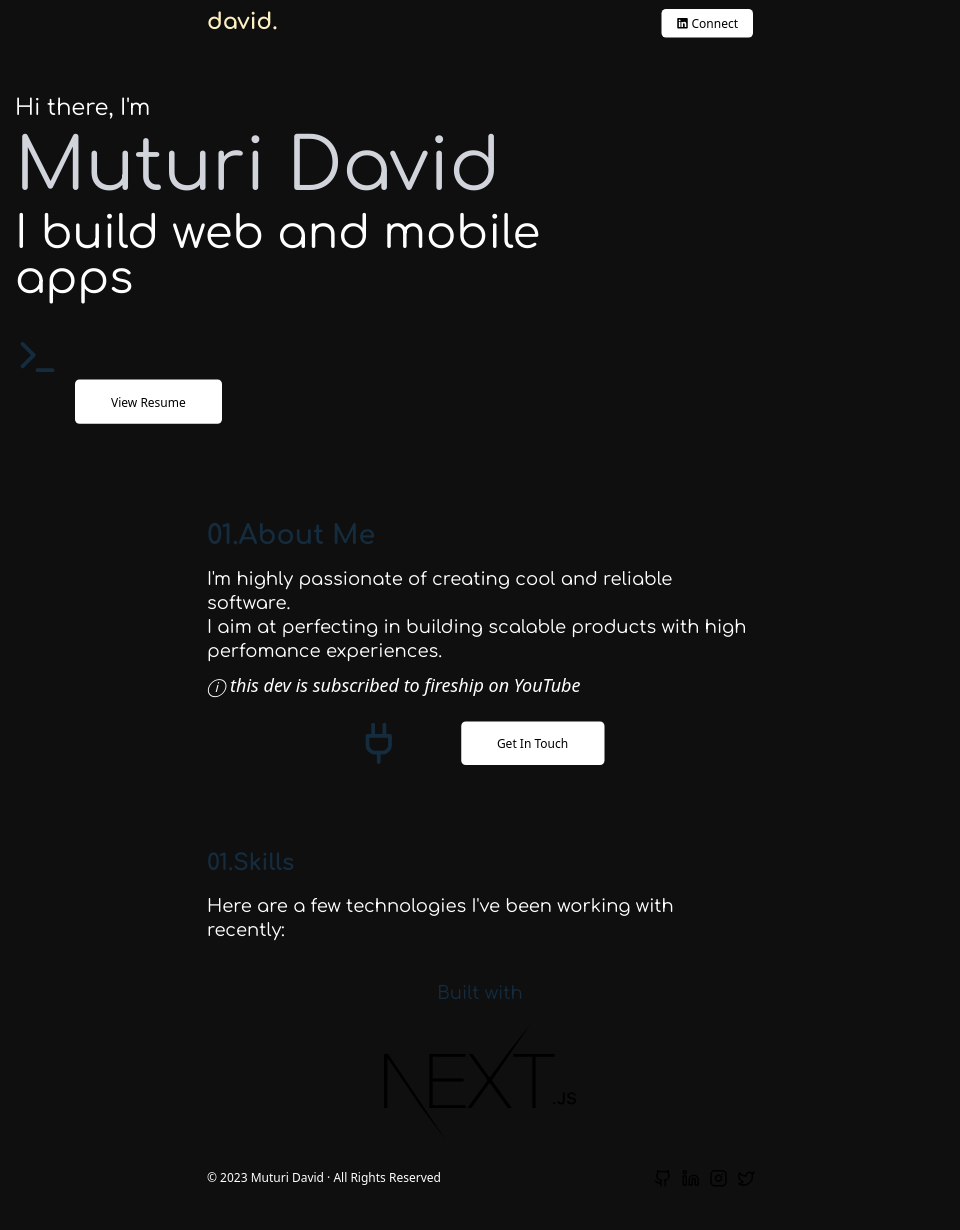
Repository: tushcmd/tushdev-portfolio
Page: /
An editor plug-in stored every save of this project. The page is shown before and after the next save, followed by the edit.
The browser window is 1280 px wide. The pictures show the whole page, at 75% of full size.
The project was rebuilt for these pictures with package versions that can differ from the ones it lists, and the page was loaded fresh each time. The framework's server and built-in components were replaced by stand-ins that run in the browser. Also part of the build but not shown: next.config.js.

Above is the page before, as saved 2023-12-15 15:54:45.

After the next save:
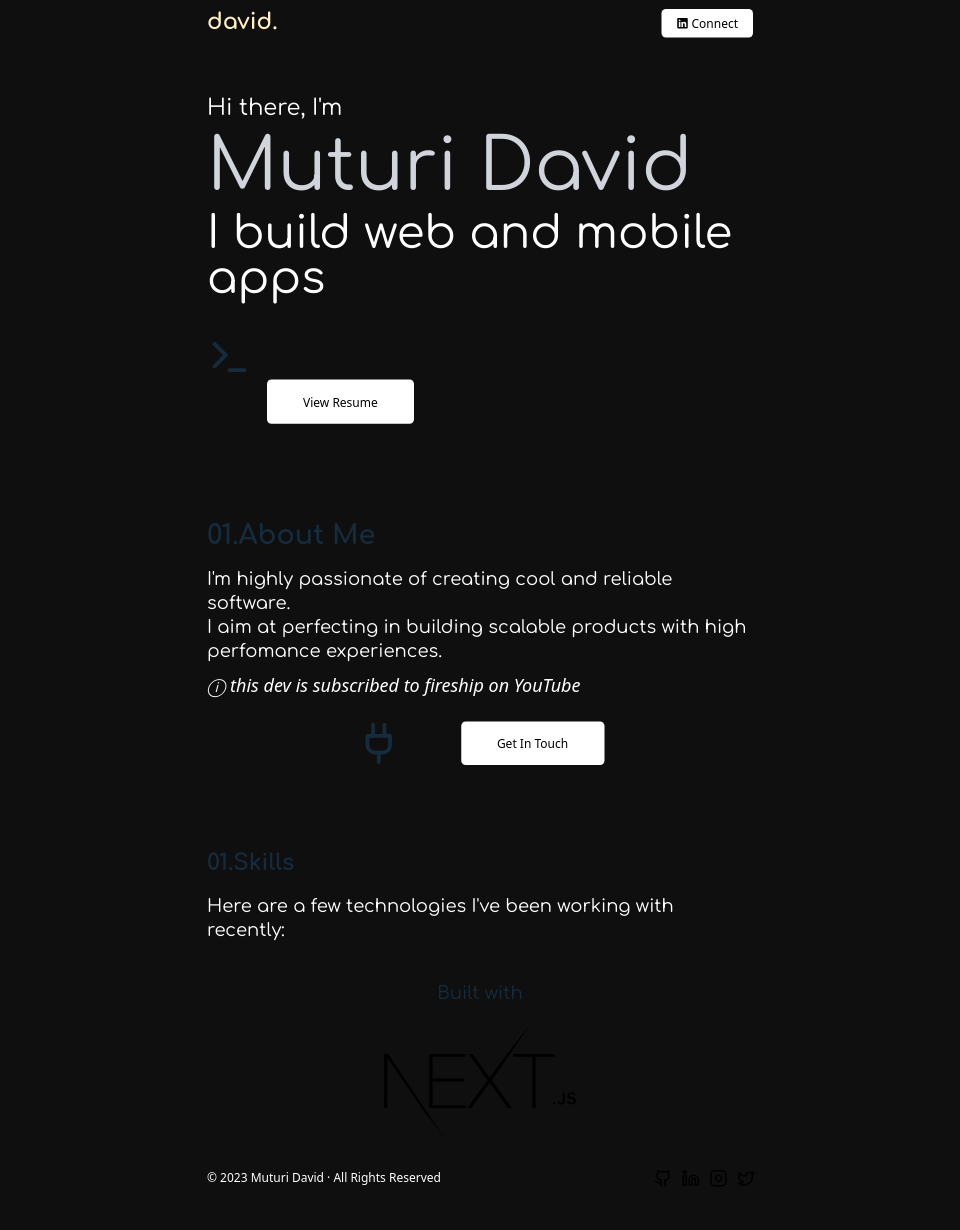
Saved 16 s later.
--- a/app/ui/hero.tsx
+++ b/app/ui/hero.tsx
@@ -6,7 +6,7 @@ import { Terminal } from 'lucide-react';
 
 export default async function Hero() {
   return (
-    <section className='relative flex flex-col justify-center md:py-16 py-6 overflow-auto'>
+    <section className='relative flex flex-col justify-center items-center md:py-16 py-6 overflow-auto'>
       <div className='flex items-start flex-col md:max-w-3xl pb-6 w-full md:px-5 px-5 justify-between'>
         <p className={`${comfortaa.className} text-3xl text-white pb-3`}>
           Hi there, I&apos;m
